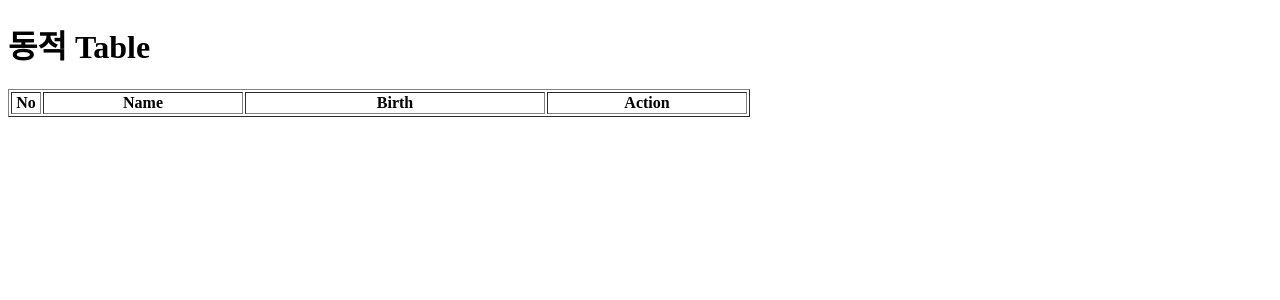
Repository: jeongho97/JQuery
Page: alloc/WebContent/index.html
The author's editor kept a copy of each file at every save. The page is drawn from the files as they stood at one save, then again after the next save.
The browser window is 1280 px wide. The pictures show the whole page.

Above is the page before, as saved 2022-05-13 07:08:25.

### alloc/WebContent/index.html
<!DOCTYPE html>
<html>
<head>
<meta charset="UTF-8">
<title>Insert title here</title>
<script src="https://code.jquery.com/jquery-3.6.0.js"></script>
</head>
<body>

<h1>동적 Table</h1>

<table border="1" id="list_table">
<colgroup>

	<col style="width:30px">
	<col style="width:200px">
	<col style="width:300px">
	<col style="width:200px">

</colgroup>

<thead>
<tr>

	<th>No</th>
	<th>Name</th>
	<th>Birth</th>
	<th>Action</th>

</tr>
</thead>

<tbody>

</tbody>


</table>

</body>
</html>

After the next save:
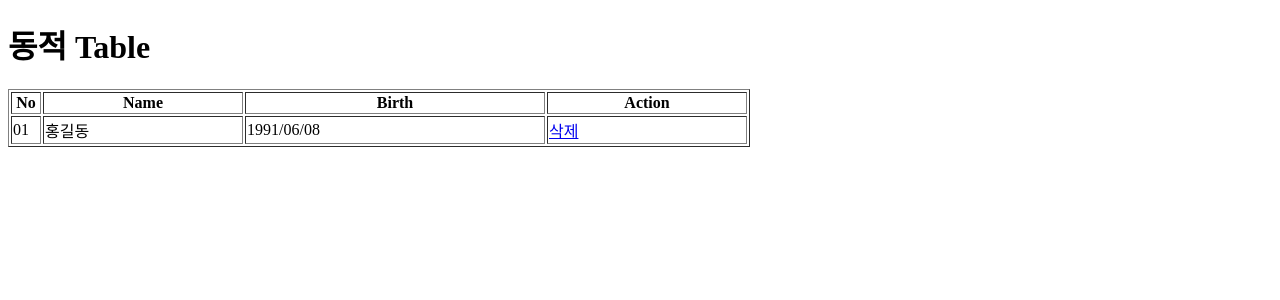
Saved 2 min 25 s later.
--- a/alloc/WebContent/index.html
+++ b/alloc/WebContent/index.html
@@ -31,7 +31,12 @@
 </thead>
 
 <tbody>
-
+<tr>
+	<td>01</td>
+	<td>홍길동</td>
+	<td>1991/06/08</td>
+	<td><a href="#" class="delete-link">삭제</a></td>
+</tr>
 </tbody>
 
 
